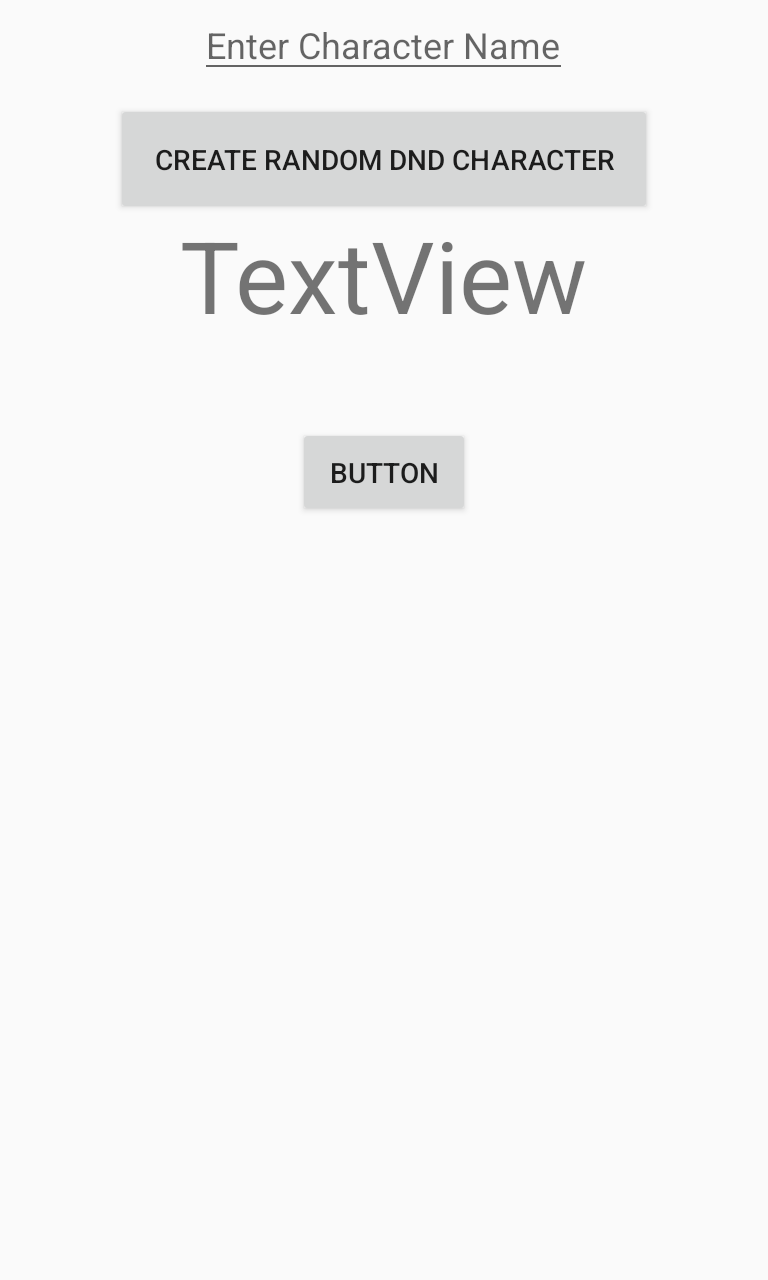
Repository: Vortelf/DnDAndroid
Layout: BuildApp/DnD/res/layout/activity_random_char.xml
The author's editor kept a copy of each file at every save. The layout is drawn from the files as they stood at one save, then again after the next save.
It is drawn on a 768 x 1280 px phone screen (xhdpi) without system bars, with theme AppTheme; the app's code is not run.

Above is the layout before, as saved 2014-11-09 05:26:06.

### BuildApp/DnD/res/layout/activity_random_char.xml
<RelativeLayout xmlns:android="http://schemas.android.com/apk/res/android"
    xmlns:tools="http://schemas.android.com/tools"
    android:id="@+id/Char"
    android:layout_width="match_parent"
    android:layout_height="match_parent"

    tools:context="vortelf.dnd.RandomCharActivity" >

<ScrollView
    android:layout_width="match_parent"
    android:layout_height="match_parent" >

	<RelativeLayout
	    android:id="@+id/RandomScroll"
	    android:layout_width="match_parent"
	    android:layout_height="match_parent"
	    android:orientation="vertical" >

	    <EditText
	        android:id="@+id/inputCharName"
	        android:layout_width="wrap_content"
	        android:layout_height="wrap_content"
	        android:layout_centerHorizontal="true"
	        android:gravity="center_horizontal"
	        android:hint="@string/inputCharName" />

	    <Button
	        android:id="@+id/RandomButton"
	        android:layout_width="wrap_content"
	        android:layout_height="wrap_content"
	        android:layout_alignParentTop="true"
	        android:layout_centerHorizontal="true"
	        android:layout_marginTop="50dp"
	        android:gravity="center_horizontal"
	        android:padding="20dp"
	        android:text="@string/random_button" />
	<RelativeLayout
	    android:id="@+id/CharChar"
	    android:layout_below="@+id/RandomButton"
	    android:orientation="vertical">
	    <TextView
	        android:id="@+id/CharName"
	        android:layout_width="wrap_content"
	        android:layout_height="wrap_content"
	        android:layout_centerHorizontal="true"
	        android:layout_marginTop="20dp"
	        android:textSize="22sp"
	        android:text="TextView" />

	    <TextView
	        android:id="@+id/RaceNClass"
	        android:layout_width="wrap_content"
	        android:layout_height="wrap_content"
	        android:layout_below="@+id/CharName"
			android:gravity="center_horizontal"
			android:layout_centerHorizontal="true"
	        android:text="TextView" />

	    <TextView
	        android:id="@+id/CharStats"
	        android:layout_width="wrap_content"
	        android:layout_height="wrap_content"
	        android:layout_below="@+id/RaceNClass"
	        android:textSize="18sp"
	        android:text="TextView" />

	    <TextView
	        android:id="@+id/AbiMod"
	        android:layout_width="wrap_content"
	        android:layout_height="wrap_content"
	        android:layout_alignBaseline="@+id/CharStats"
	        android:layout_alignParentRight="true"
			android:layout_centerHorizontal="true"
			android:layout_marginTop="25dp"
	        android:textSize="18sp"
	        android:text="TextView" />


	    </RelativeLayout>

	    <TextView
	        android:id="@+id/Roller"
	        android:layout_width="wrap_content"
	        android:layout_height="wrap_content"

	        android:layout_centerHorizontal="true"
	        android:layout_marginTop="104dp"
	        android:text="TextView"
	        android:textSize="50sp" />



	    <Button
	        android:id="@+id/SwitchActivity"
	        android:layout_width="wrap_content"
	        android:layout_height="wrap_content"
	        android:layout_below="@+id/Roller"
	        android:layout_centerHorizontal="true"
	        android:layout_marginTop="41dp"
	        android:text="Button" />

	</RelativeLayout>
</ScrollView>
</RelativeLayout>

### BuildApp/DnD/res/values/strings.xml
<?xml version="1.0" encoding="utf-8"?>
<resources>

    <string name="app_name">DnD</string>
    <string name="action_settings">About</string>
    <string name="random_button">Create Random DnD Character</string>
    <string name="inputCharName">Enter Character Name</string>
    <string name="title_activity_main">MainActivity</string>
    <string name="title_RandomSelection">Create Random Character</string>
    <string name="title_CustomSelection">Create Custom Character</string>
    <string name="title_DiceRollSelection">Dice Roller</string>
    <string name="navigation_drawer_open">Open navigation drawer</string>
    <string name="navigation_drawer_close">Close navigation drawer</string>
    <string name="action_example">Example action</string>
    <string name="title_activity_custom_char">CustomCharActivity</string>
    <string name="hello_world">Hello world!</string>
    <string name="title_activity_dice_roll">DiceRollActivity</string>
    <string name="extend">This is something that is supposed to be very long and extendive</string>
    <string name="title_section1">Selection 1</string>
    <string name="title_section2">Selection 2</string>
    <string name="title_section3">Selection 3</string>
    <string name="title_activity_about"></string>
    <string name="about_foot">Made for HackFMI 4</string>
    <string name="AppName">Dungeons and Dragons</string>

</resources>

Loaded but not shown: BuildApp/DnD/res/values/styles.xml (common file); BuildApp/DnD/res/values-v11/styles.xml (common file); BuildApp/DnD/res/values-v14/styles.xml (common file)

After the next save:
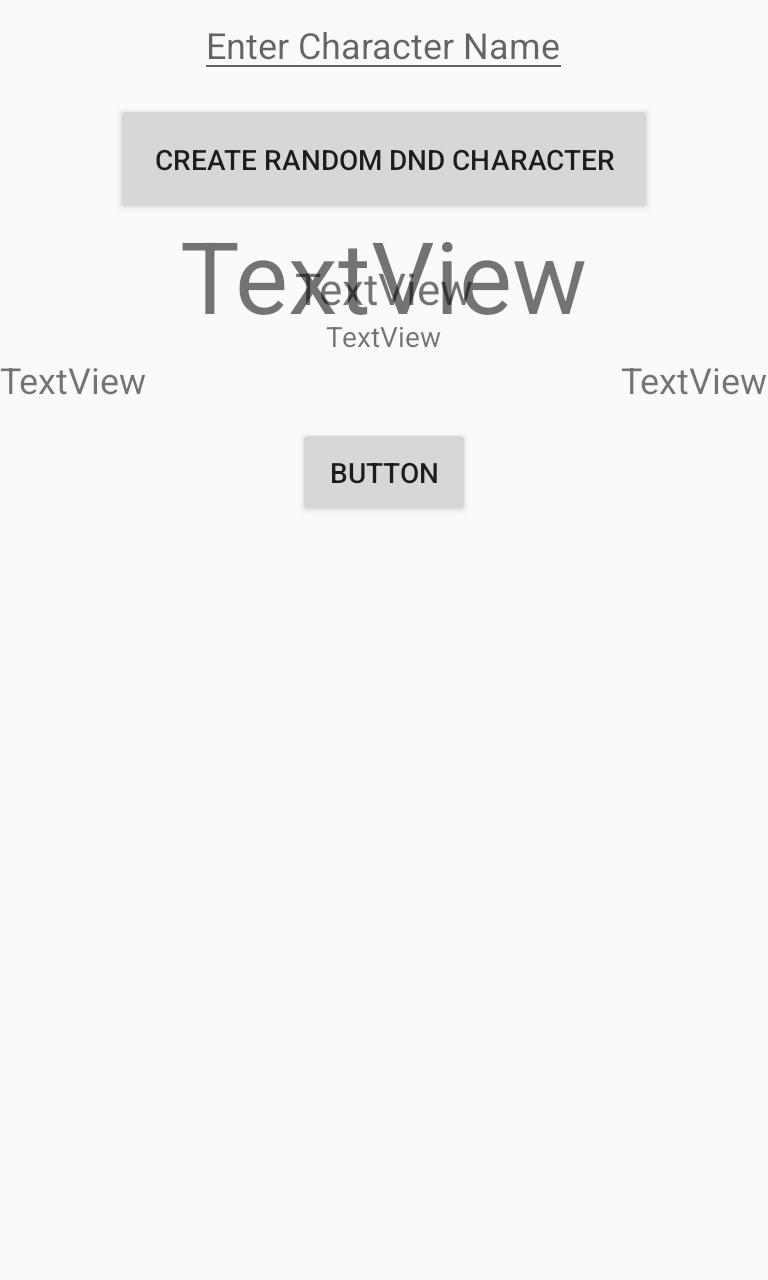
Saved 63 s later.
--- a/BuildApp/DnD/res/layout/activity_random_char.xml
+++ b/BuildApp/DnD/res/layout/activity_random_char.xml
@@ -34,10 +34,14 @@
 	        android:gravity="center_horizontal"
 	        android:padding="20dp"
 	        android:text="@string/random_button" />
+
 	<RelativeLayout
 	    android:id="@+id/CharChar"
+	    android:layout_width="wrap_content"
+	    android:layout_height="wrap_content"
 	    android:layout_below="@+id/RandomButton"
-	    android:orientation="vertical">
+	    android:orientation="vertical" >
+
 	    <TextView
 	        android:id="@+id/CharName"
 	        android:layout_width="wrap_content"
